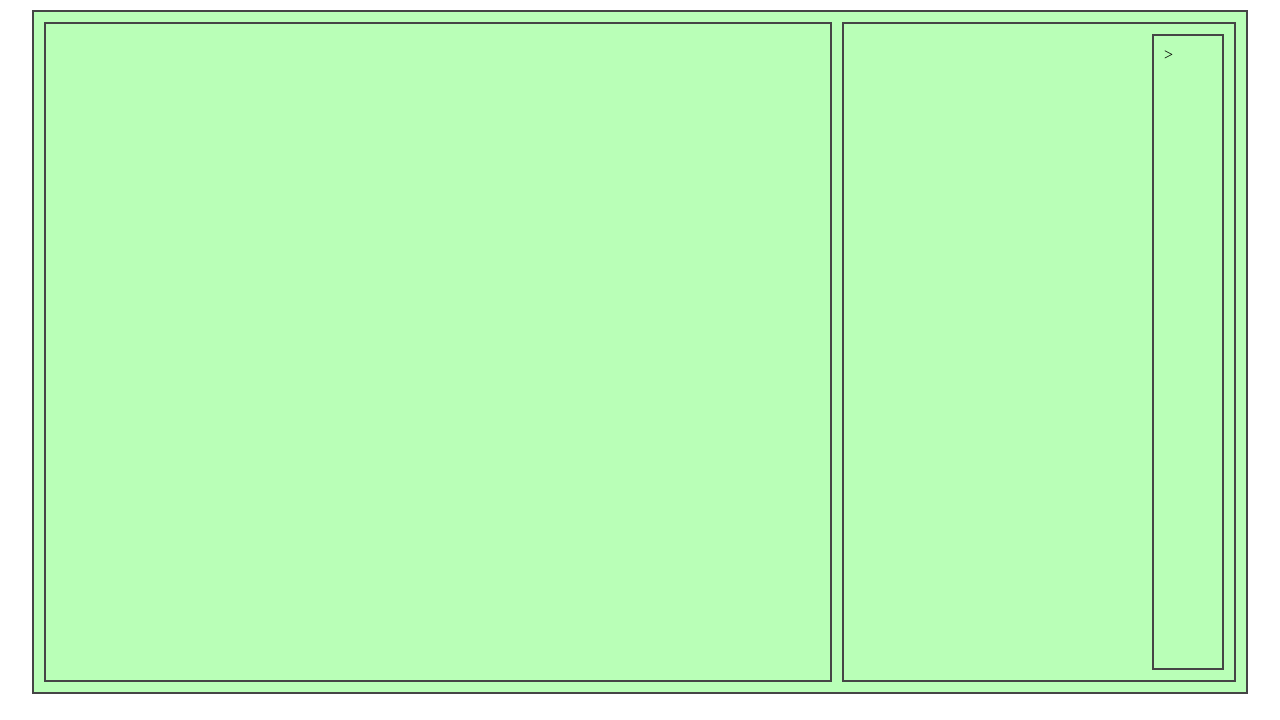
Repository: tannerbroberts/tannerbroberts.github.io
Page: /
These files come from the project's save history. The page is drawn as it stood at one moment and after a run of saves; the edit follows.
The browser window is 1280 px wide. The pictures show the whole page.
The project was rebuilt for these pictures with package versions that can differ from the ones it lists, and the page was loaded fresh each time. Also part of the build but not shown: vite.config.ts.

Above is the page before, as saved 2022-10-04 09:40:54.

After the next 2 saves:
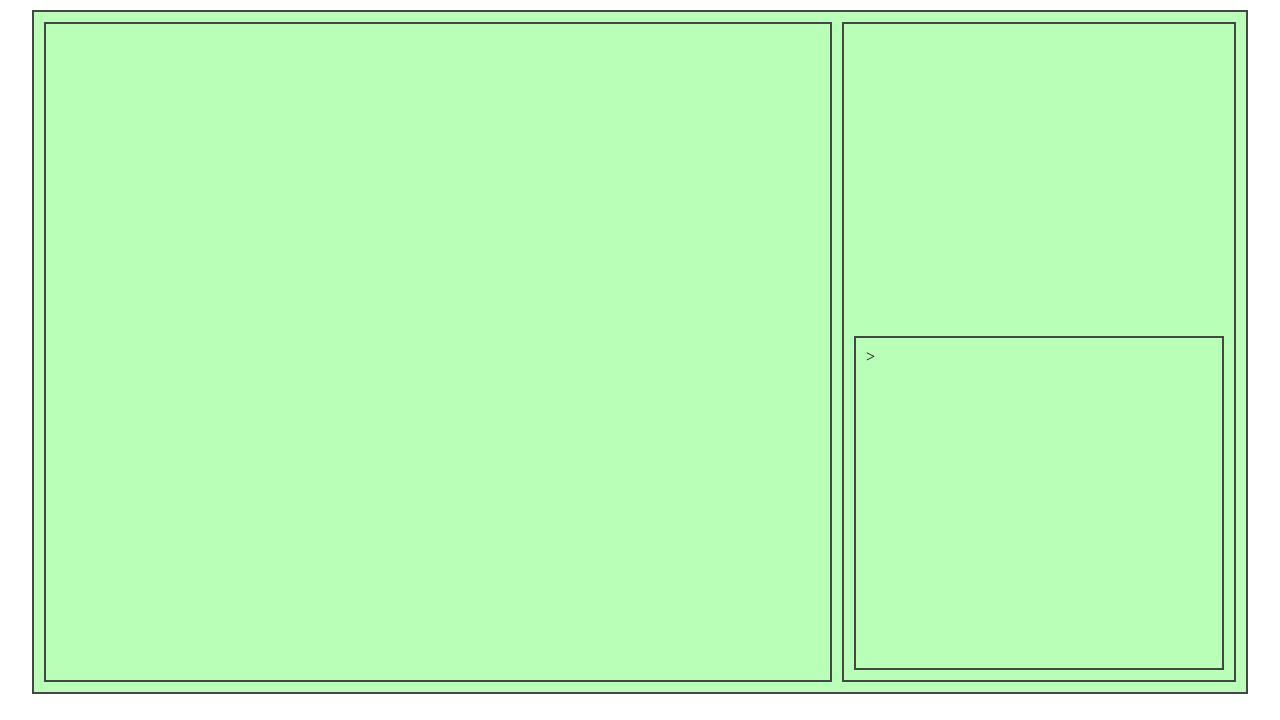
The 2 saves are shown as one change because they came seconds apart.
The last was saved 68 s later.
--- a/src/components/Shelf/Shelf.js
+++ b/src/components/Shelf/Shelf.js
@@ -6,7 +6,7 @@
 const shelfCSS = {
 	...cssHelper,
 	width: "100%",
-	gridTemplate: "1fr / 4fr 1fr",
+	gridTemplate: "1fr / minmax() 1fr",
 }
 
 export default function Shelf() {

After the save that followed:
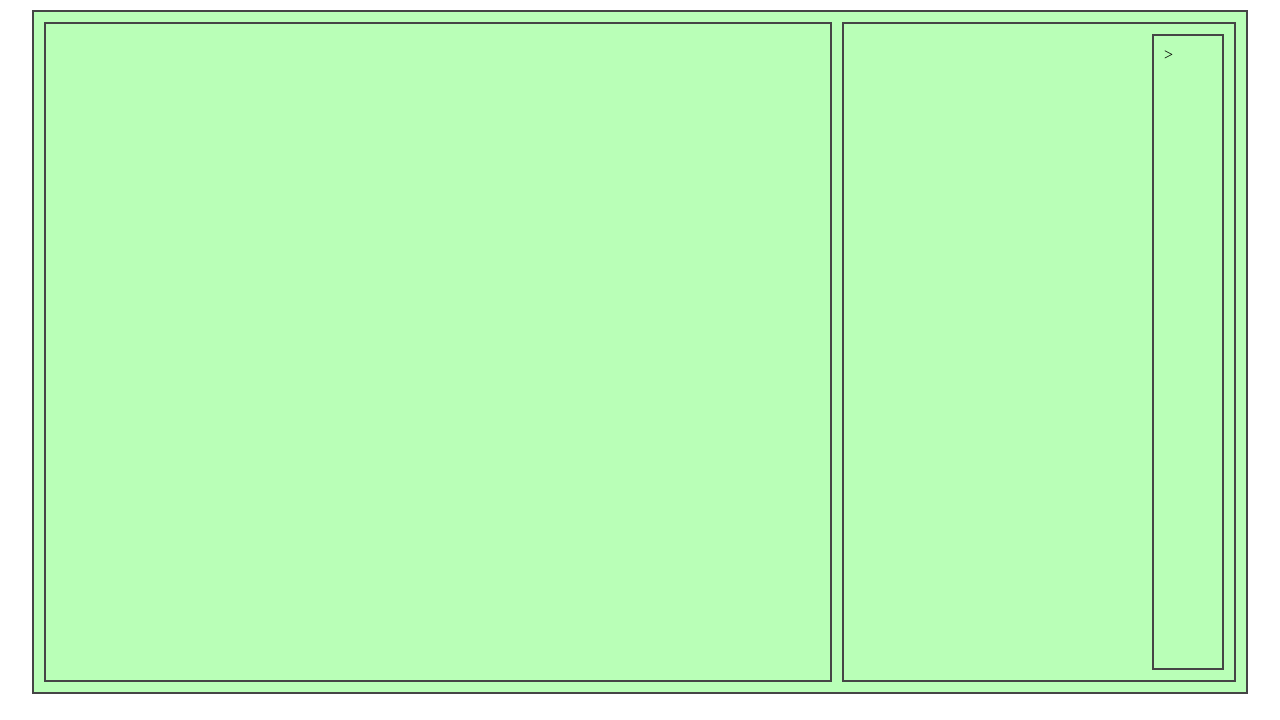
Saved 5 s later.
--- a/src/components/Shelf/Shelf.js
+++ b/src/components/Shelf/Shelf.js
@@ -6,7 +6,7 @@
 const shelfCSS = {
 	...cssHelper,
 	width: "100%",
-	gridTemplate: "1fr / minmax() 1fr",
+	gridTemplate: "1fr / minmax(0px, 4fr) 1fr",
 }
 
 export default function Shelf() {
